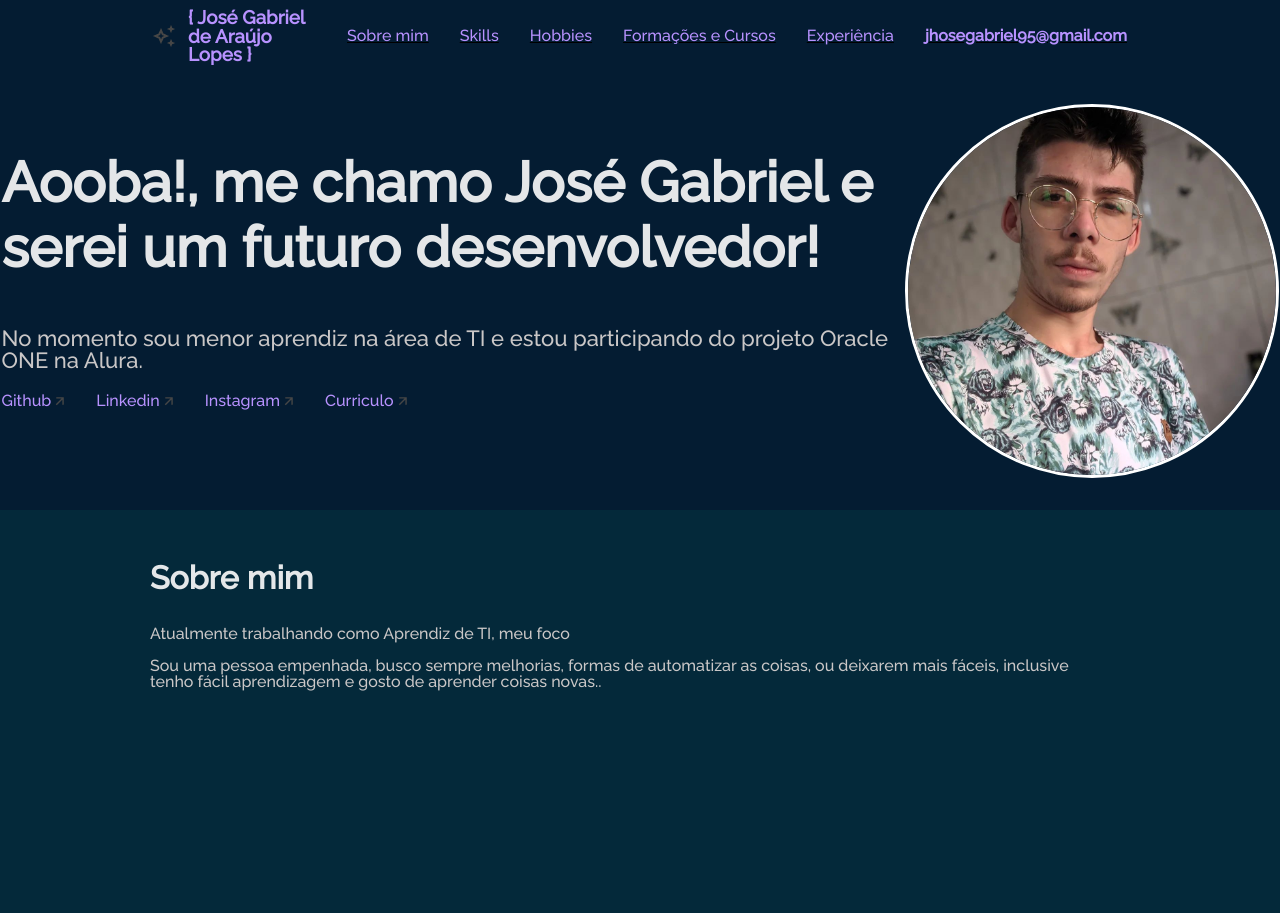
Repository: GabbLps/Portfolio
Page: index.html
These files come from the project's save history. The page is drawn as it stood at one moment and after the next save; the edit follows.
The browser window is 1280 px wide. The pictures show the whole page.

Above is the page before, as saved 2022-06-23 12:33:49.

After the next save:
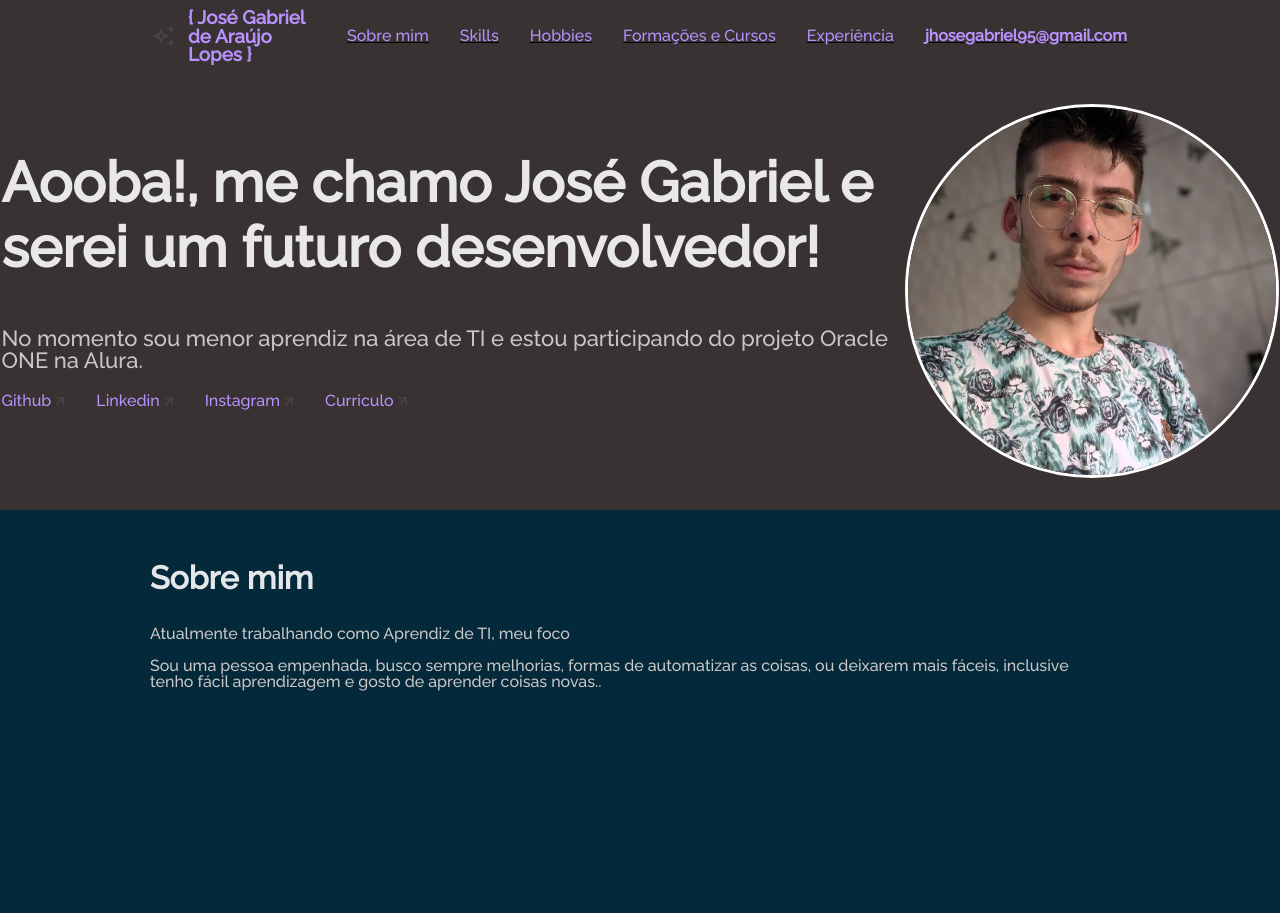
Saved 35 s later.
--- a/style.css
+++ b/style.css
@@ -5,7 +5,7 @@
     --cor-fundo-azul: #EAF2ED;
     --cor-caixas: #FBFBFB;
     --azul-botoes: #2A74E4; */
-    --cor-de-fundo: #041C32;
+    --cor-de-fundo: #393232;
     --cor-de-fundo-secundaria: #04293A;
     --cor-de-link: #B892FF;
     --cor-de-titulos: #cac7c7;

After the save that followed:
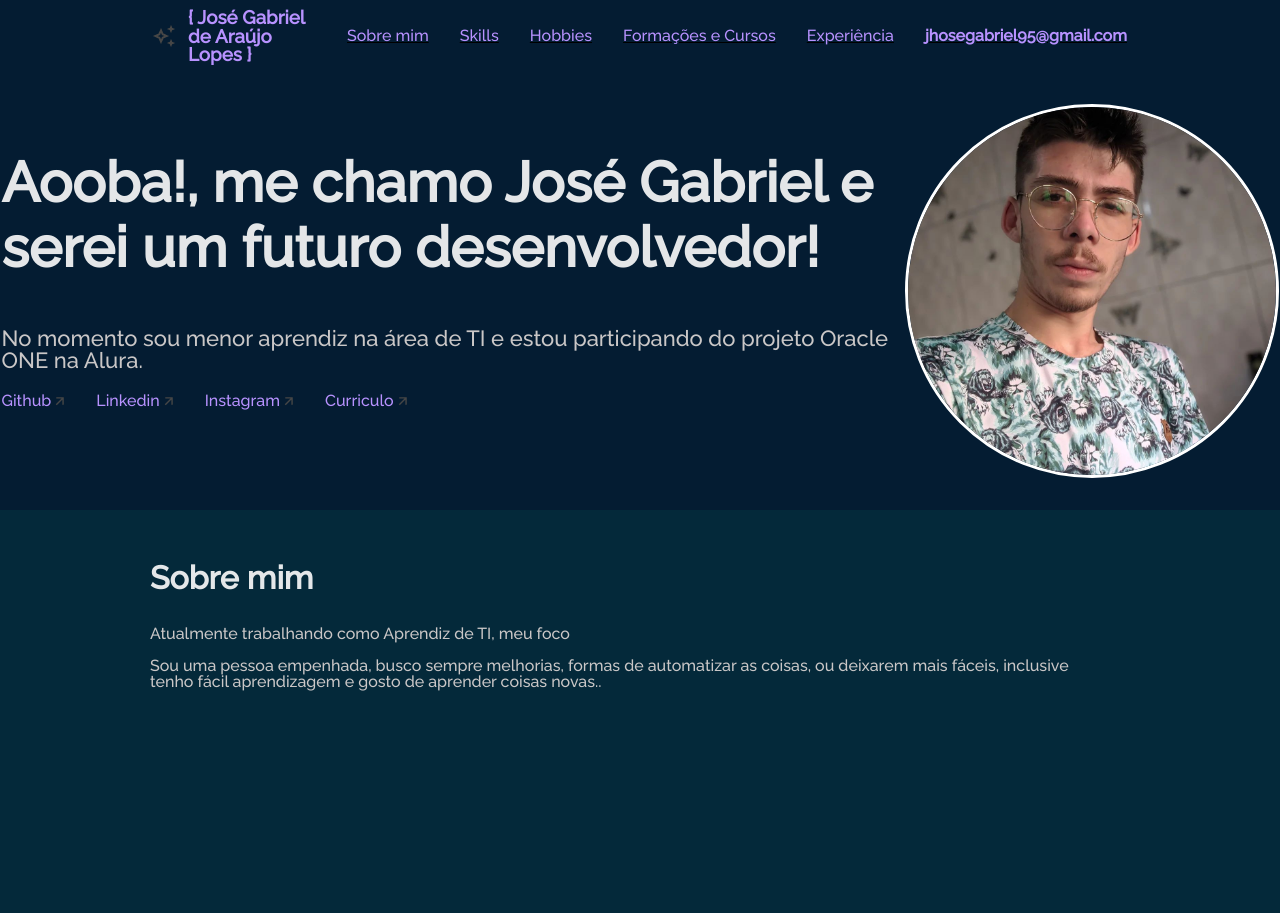
Saved 5 s later.
--- a/style.css
+++ b/style.css
@@ -5,7 +5,7 @@
     --cor-fundo-azul: #EAF2ED;
     --cor-caixas: #FBFBFB;
     --azul-botoes: #2A74E4; */
-    --cor-de-fundo: #393232;
+    --cor-de-fundo: #041C32;
     --cor-de-fundo-secundaria: #04293A;
     --cor-de-link: #B892FF;
     --cor-de-titulos: #cac7c7;
